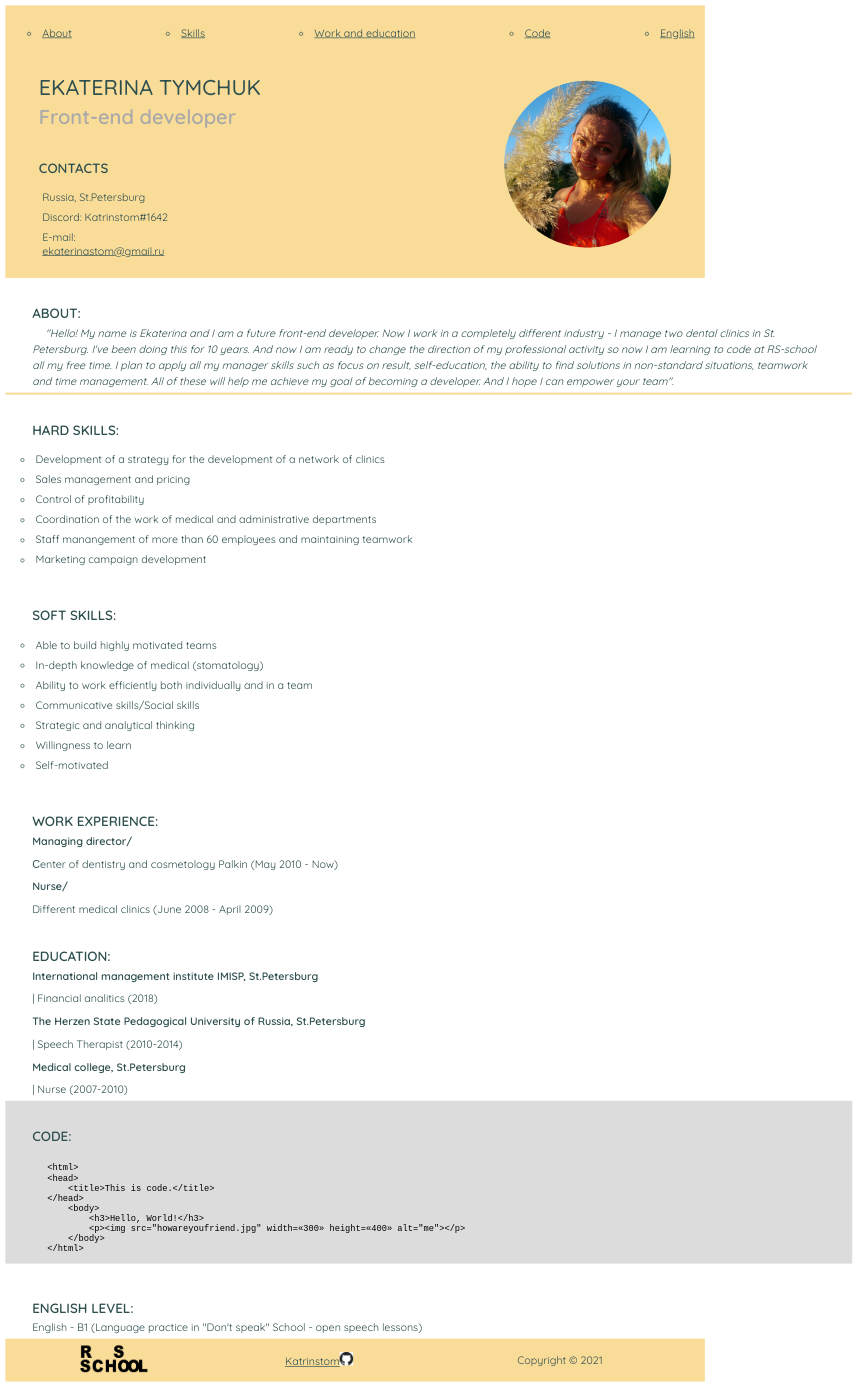
Repository: Katrinstom/rsschool-cv
Page: index.html
These files come from the project's save history. The page is drawn as it stood at one moment and after the next save; the edit follows.
The browser window is 1280 px wide. The pictures show the whole page, at 67% of full size.

Above is the page before, as saved 2022-01-02 19:33:22.

### index.html
<!DOCTYPE html>
<html lang="en">
<head>
    <meta charset="UTF-8">
    <meta http-equiv="X-UA-Compatible" content="IE=edge">
    <meta name="viewport" content="width=device-width, initial-scale=1.0">
    <title>CV</title>
    <link type="text/css" rel="stylesheet" href="style.css"/>
    <link rel="preconnect" href="https://fonts.googleapis.com">
<link rel="preconnect" href="https://fonts.gstatic.com" crossorigin>
<link href="https://fonts.googleapis.com/css2?family=Quicksand:wght@400;500;600&display=swap" rel="stylesheet">
</head>
<body>
    <header class="bigblock section">
            <nav class="nav">
                <ul class="navlist">
                    <li class="nav-item"><a href="#about" class="nav-link">About</a></li>
                    <li class="nav-item"><a href="#skills" class="nav-link">Skills</a></li>
                    <li class="nav-item"><a href="#workandeducation" class="nav-link">Work and education</a></li>
                    <li class="nav-item"><a href="#code" class="nav-link">Code</a></li>
                    <li class="nav-item"><a href="#english" class="nav-link">English</a></li>
                </ul>
            </nav>
                <img class="pic" src="images/1909_oooo.plus.png" alt="itsme" width="250" height="250">
                <h1>Ekaterina Tymchuk</h1>
                <h2>Front-end developer</h2>
                <h4>Contacts</h4>
                <ul class="nonumber">
                    <li>Russia, St.Petersburg</li>
                    <li>Discord: Katrinstom#1642</li>
                    <li>E-mail:<a href="mailto:ekaterinastom@gmail.ru">ekaterinastom@gmail.ru</a></li>
                </ul>
        </header>
    <main class="sectoin">
        <article>
            <div class="about" id="about">
                <h4>About:</h4>
                <p>"Hello! My name is Ekaterina and I am a future front-end developer. Now I work in a completely different industry - I manage two dental clinics in St. Petersburg. I've been doing this for 10 years. And now I am ready to change the direction of my professional activity so now I am learning to code at RS-school all my free time. I plan to apply all my manager skills such as focus on result, self-education, the ability to find solutions in non-standard situations, teamwork and time management. All of these will help me achieve my goal of becoming a developer. And I hope I can empower your team".</p>
            </div>
        </article>
        <section>
            <div class="skills" id="skills">
                <h4>Hard skills:</h4>
                <ul>
                    <li>Development of a strategy for the development of a network of clinics</li>
                    <li>Sales management and pricing</li>
                    <li>Control of profitability</li>
                    <li>Coordination of the work of medical and administrative departments</li>
                    <li>Staff manangement of more than 60 employees and maintaining teamwork</li>
                    <li>Marketing campaign development</li>
                </ul>
            </div>
            <div class="skills" id="skills">
                <h4>Soft skills:</h4>
                <ul>
                    <li>Able to build highly motivated teams</li>
                    <li>In-depth knowledge of medical (stomatology)</li>
                    <li>Ability to work efficiently both individually and in a team</li>
                    <li>Communicative skills/Social skills</li>
                    <li>Strategic and analytical thinking</li>
                    <li>Willingness to learn</li>
                    <li>Self-motivated</li>
                </ul>
            </div>
        </section>
        <section>
            <div style="clear:both"></div>
            <div class="workandeducation" id="workandeducation">
                <h4>Work experience:</h4>
                <b>Managing director/</b>
                <p>Сenter of dentistry and cosmetology Palkin (May 2010 - Now)</p>
                <b>Nurse/</b>
                <p>Different medical clinics (June 2008 - April 2009)</p>
            </div>
            <div class="workandeducation" id="workandeducation">
                <h4>Education:</h4>
                <b>International management institute IMISP, St.Petersburg</b>
                <p>| Financial analitics (2018)</p>
                <b>The Herzen State Pedagogical University of Russia, St.Petersburg</b>
                <p>| Speech Therapist (2010-2014)</p>
                <b>Medical college, St.Petersburg</b>
                <p>| Nurse (2007-2010)</p>
            </div>
        </section>
        <section>
            <div class="code" id="code">
                <h4>Code:</h4>
                <pre><code>
        &LT;html&GT;
        &LT;head&GT;
            &LT;title&GT;This is code.&LT;/title&GT;
        &LT;/head&GT;
            &LT;body&GT;
                &LT;h3&GT;Hello, World!&LT;/h3&GT;
                &LT;p&GT;&LT;img src="howareyoufriend.jpg" width=«300» height=«400» alt="me"&GT;&LT;/p&GT;
            &LT;/body&GT;
        &LT;/html&GT;
                </code></pre>
            </div>
            <div class="english" id="english">
            <h4>English level:</h4>
            <p>English - B1 (Language practice in "Don't speak" School - open speech lessons)</p>
            </div>
        </section>
    </main>
        <footer class="footer section">
            <div class="flexcont">
                <a href="https://rs.school/js/"><img src="images/logo-rsschool3.png" alt="logo-rsschool3" width="100" height="40"></a>
                <a href="https://github.com/Katrinstom">Katrinstom<img src="images/gitpic.png" alt="gitlogo" width="20" height="20"></a>
                <p>Copyright © 2021</p>
             </div>
        </footer>
</body>
</html>

### style.css
html {
    scroll-behavior: smooth;
}
#wrapper {
    width: 1024px;
    margin: 0 auto;
    background-color:white;
}
.section {
    max-width: 1280px;
    margin: 0 auto;
}
.bigblock {
    width: 1024px;
    height: auto;
    background-color: #f9dc98;
    margin: 0;
    padding: 10px;
}
.navlist {
    display: flex;
    justify-content: space-between;
    align-items: center;
}
body {
    font-family: 'Quicksand', sans-serif;
}
h1 {
  padding: 30px 40px 5px;
  text-align: left;
  font-family:'Quicksand', sans-serif;
  font-weight: 500;
  font-size: 32px;
  text-transform: uppercase;
  color:darkslategray;
  margin: 0;
}
h2 {
    padding: 0px 40px 5px;
    text-align: left;
    font-family:'Quicksand', sans-serif;
    font-size: 30px;
    color:darkgrey;
    margin: 0;
}
h3 {
    padding: 0px 40px 5px;
    text-align: left;
    font-family:'Quicksand', sans-serif;
    font-size: 25px;
    color:darkgrey;
    margin: 0;
}
h4 {
    font-family:'Quicksand', sans-serif;
    font-size: 20px;
    text-transform: uppercase;
    padding: 40px 40px 0px;
    text-align: left;
    color: darkslategray;
    margin: 0;
}
ul {
    list-style-type:circle;
    padding: auto;
}
.nonumber {
    list-style-type:none;
}
li {
    text-align: left;
    color: darkslategray;
    font-family: 'Quicksand', sans-serif;
    margin: 0;
    padding: 5px 5px 5px;
}
.about {
    border-bottom: solid 3px #f9dc98;
}
.about p {
    text-align: left;
    color: darkslategray;
    font-family: 'Quicksand', sans-serif;
    font-style: italic;
    margin: 0;
    height: auto;
    width: auto;
    padding: 5px 40px 5px;
    line-height: 1.5;
    text-indent: 20px;
}
.english {
    text-align: left;
    color: darkslategray;
    margin: 0;
    height: auto;
    width: auto;
    padding: 0;
}
.slills {
    text-align: left;
    color: darkslategray;
    font-family: 'Quicksand', sans-serif;
    margin: 0;
    height: auto;
    width: 50%;
    padding: 0;
}
.workandeducation {
    text-align: left;
    color: darkslategray;
    font-family: 'Quicksand', sans-serif;
    margin: 0;
    height: auto;
    width: 50%;
    padding: 0;
}
.pic {
    border-radius: 50%;
    float: right;
    padding: 40px;
}
p, b {
    display: block;
    text-align: left;
    color: darkslategray;
    font-family: 'Quicksand', sans-serif;
    margin: 0;
    height: auto;
    width: auto;
    padding: 5px 40px 5px;
    line-height: 1.5;
}
.code {
    text-align: left;
    background-color: gainsboro;
    display: block;
}
.flexcont {
    display: flex;
    flex-direction: row;
    justify-content: space-around;
    align-items: center;
}
a {
    display: block;
}
li a {
    color: darkslategray;
}
footer a {
    color: darkslategray;
}
.footer {
    width: 1024px;
    height: auto;
    background-color: #f9dc98;
    margin: 0;
    padding: 10px;
}

After the next save:
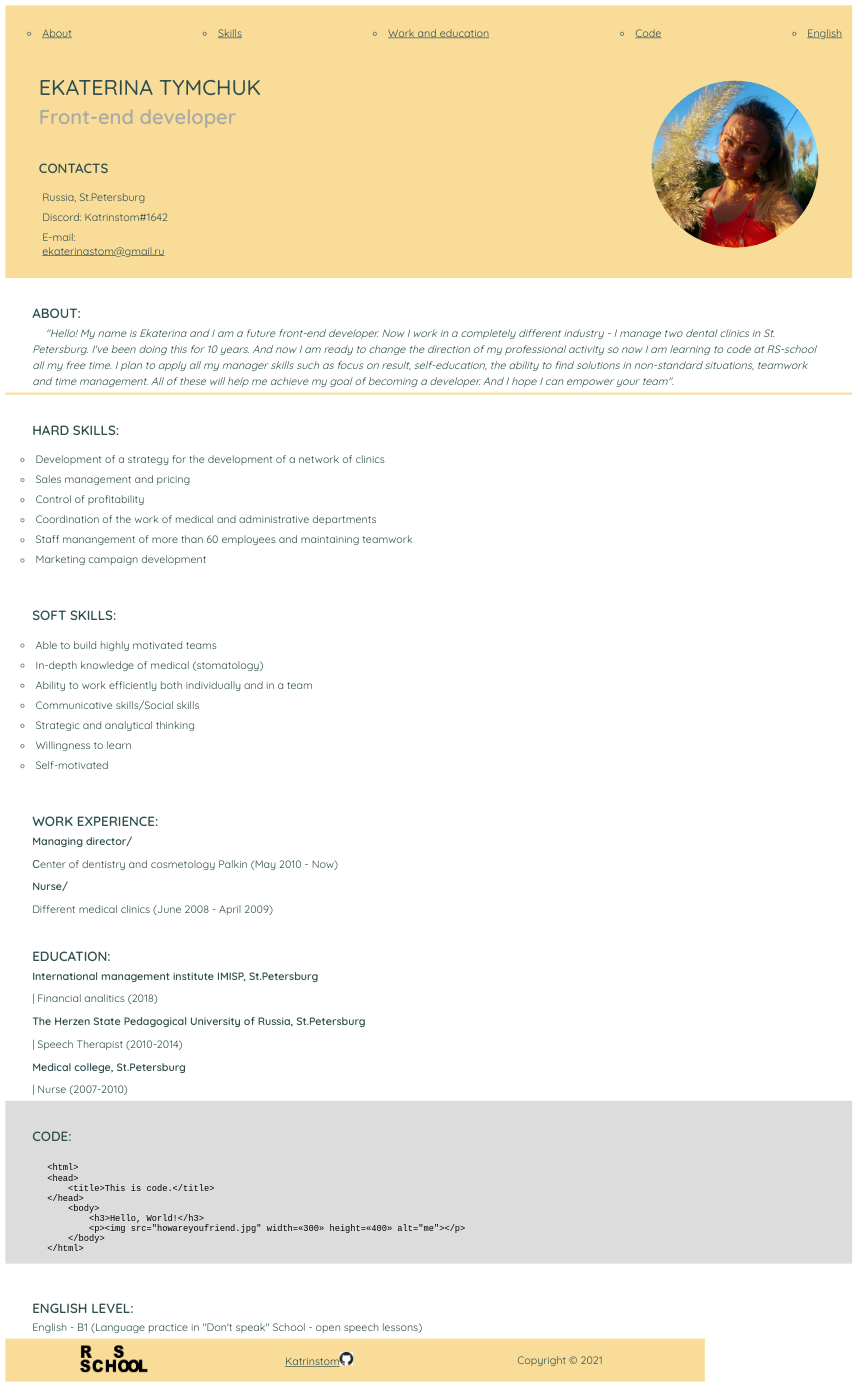
Saved 84 s later.
--- a/style.css
+++ b/style.css
@@ -11,10 +11,8 @@ html {
     margin: 0 auto;
 }
 .bigblock {
-    width: 1024px;
     height: auto;
     background-color: #f9dc98;
-    margin: 0;
     padding: 10px;
 }
 .navlist {
